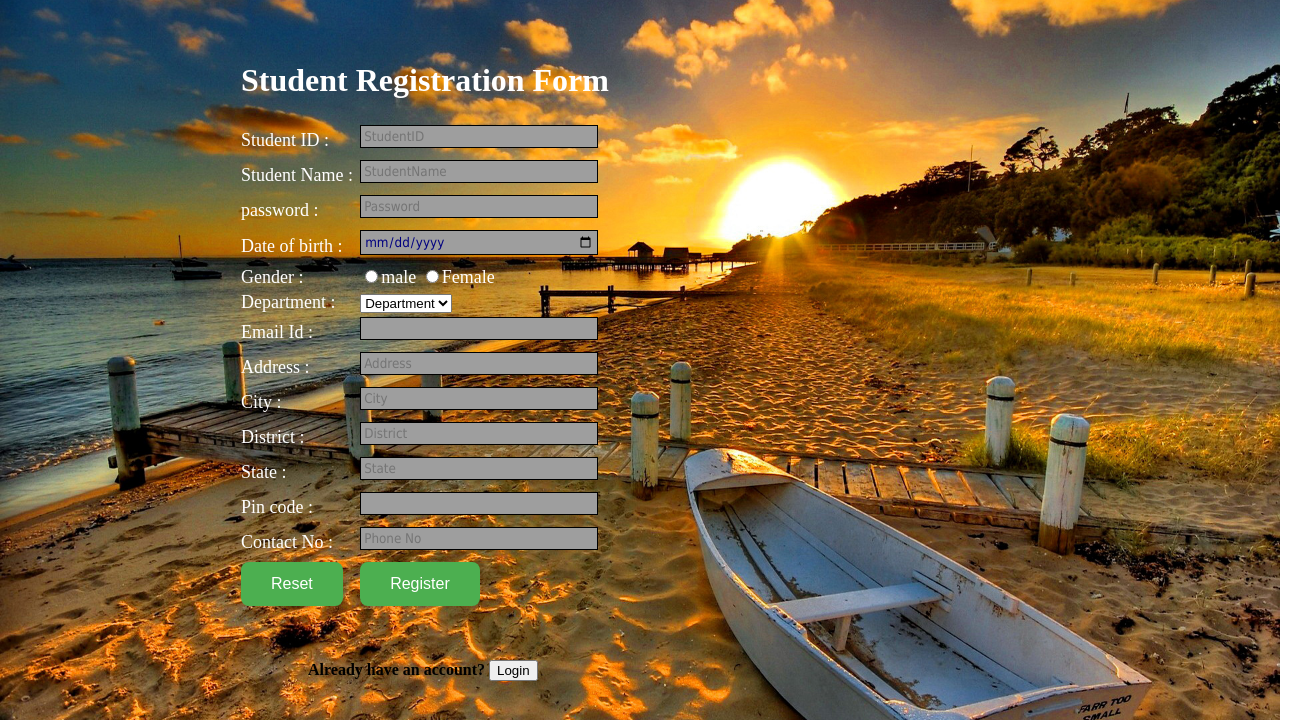
Repository: srikanthModugu/jdbc-servlet-jsp
Page: SutudentRegistration/WebContent/Registration.html
These files come from the project's save history. The page is drawn as it stood at one moment and after the next save; the edit follows.
The browser window is 1280 px wide. The page is 1308 px wide, so the pictures cover 1308 px, including what lies to the right of the window. The pictures show the whole page.
Pictures or frames that could not be fetched are drawn as grey boxes.

Above is the page before, as saved 2017-10-03 10:25:30.

After the next save:
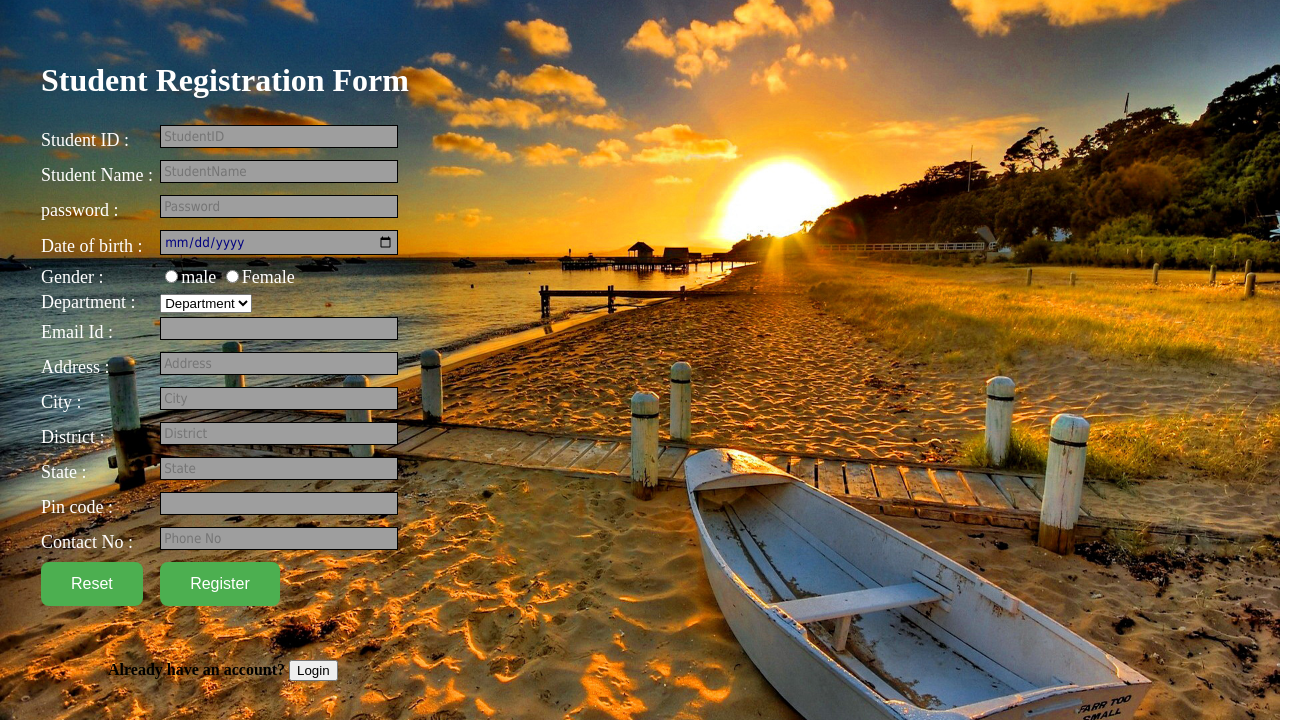
Saved 50 s later.
--- a/SutudentRegistration/WebContent/Registration.html
+++ b/SutudentRegistration/WebContent/Registration.html
@@ -70,9 +70,7 @@ td {
 
 		<div style="height: 700px; width: 1300px; color: white; float: left;">
 
-			<div style="height: 700px; width: 200px;  float: left;">
 
-			</div>
 
 			<div
 				style="height: 700px; width: 700px;  color: black; float: left;">
